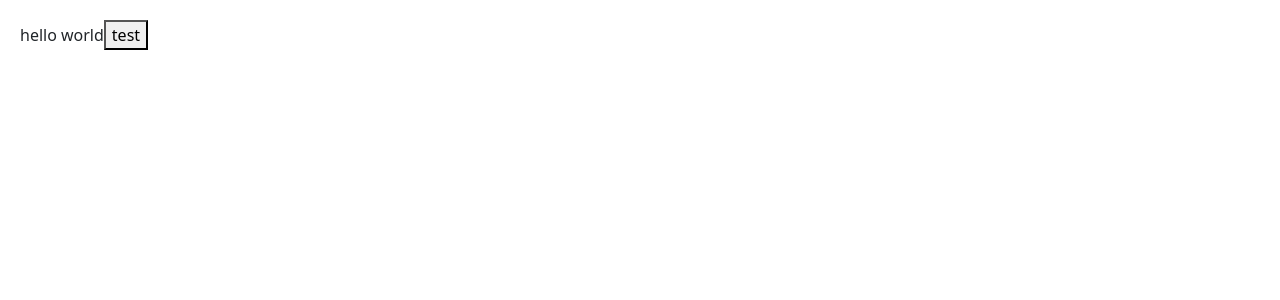
Repository: tvvn12/React-demo
Page: /
The author's editor kept a copy of each file at every save. The page is drawn from the files as they stood at one save, then again after the next save.
The browser window is 1280 px wide. The pictures show the whole page.
The project was rebuilt for these pictures with package versions that can differ from the ones it lists, and the page was loaded fresh each time. Also part of the build but not shown: src/components/AddUserInfor.js, src/components/DisplayInfo.scss, src/components/DisplayInfo.js, src/components/MyComponent.js.

Above is the page before, as saved 2024-03-06 17:56:54.

After the next save:
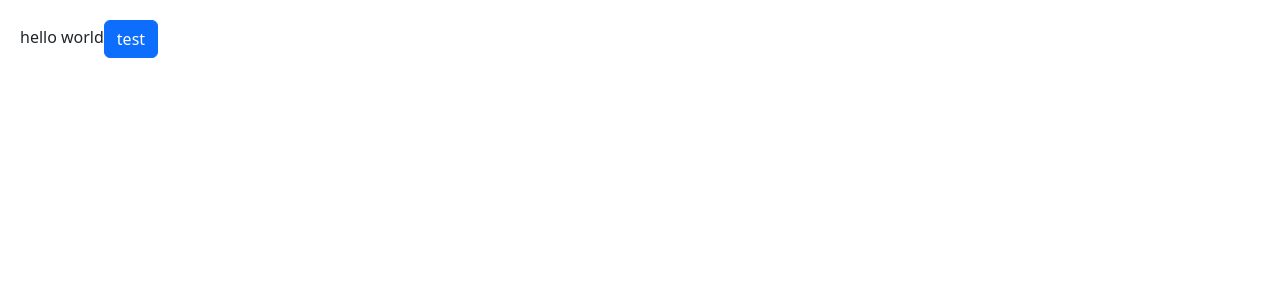
Saved 10 s later.
--- a/src/App.js
+++ b/src/App.js
@@ -6,7 +6,7 @@ const App = () => {
   return (
     <div className="App">
       hello world
-      <button>test</button>
+      <button className="btn btn-primary">test</button>
     </div>
   );
 };
